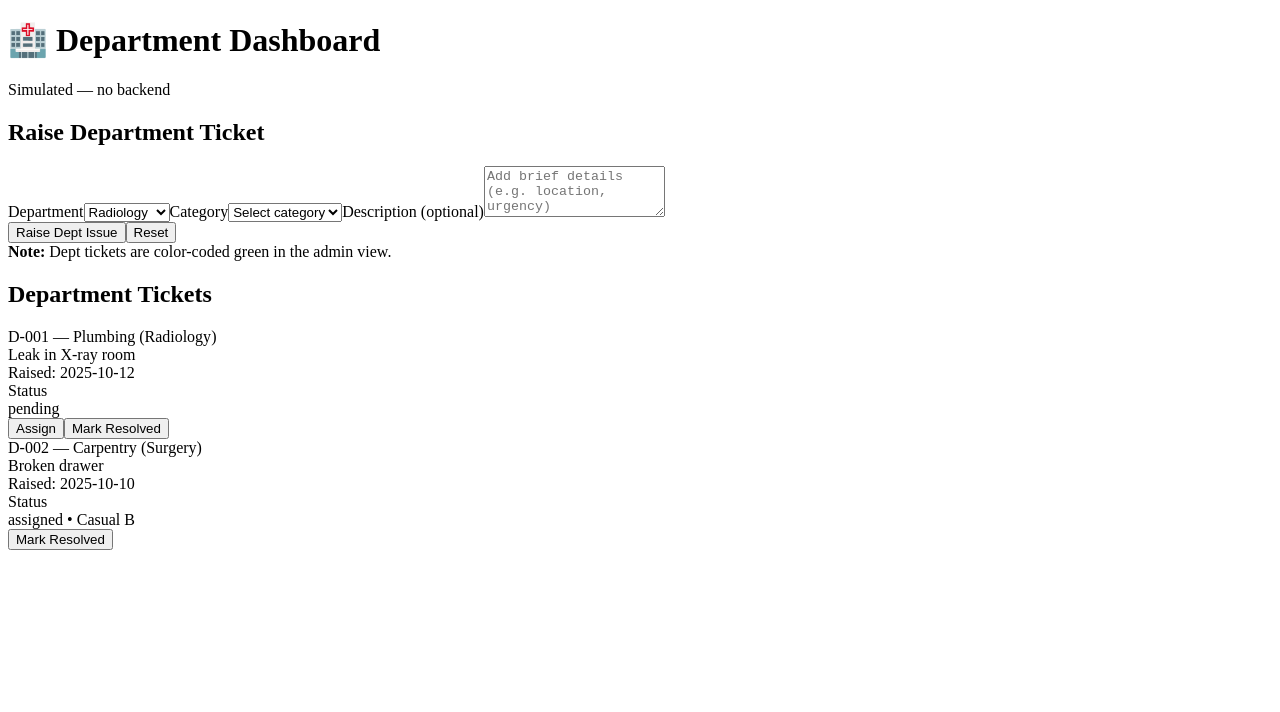
Repository: Ndegwa2/Kenyatta
Page: /department (app in hospital-system/frontend/)
The author's editor kept a copy of each file at every save. The page is drawn from the files as they stood at one save, then again after the next save.
The browser window is 1280 px wide. The pictures show the whole page.
The project was rebuilt for these pictures with package versions that can differ from the ones it lists, and the page was loaded fresh each time. Also part of the build but not shown: hospital-system/frontend/src/pages/Login.jsx, hospital-system/frontend/src/components/Navbar.jsx, hospital-system/frontend/src/components/TicketCard.jsx, hospital-system/frontend/src/pages/PatientDashboard.jsx, hospital-system/frontend/src/pages/AdminDashboard.jsx, hospital-system/frontend/src/pages/CasualDashboard.jsx.

Above is the page before, as saved 2025-10-12 22:43:35.

After the next save:
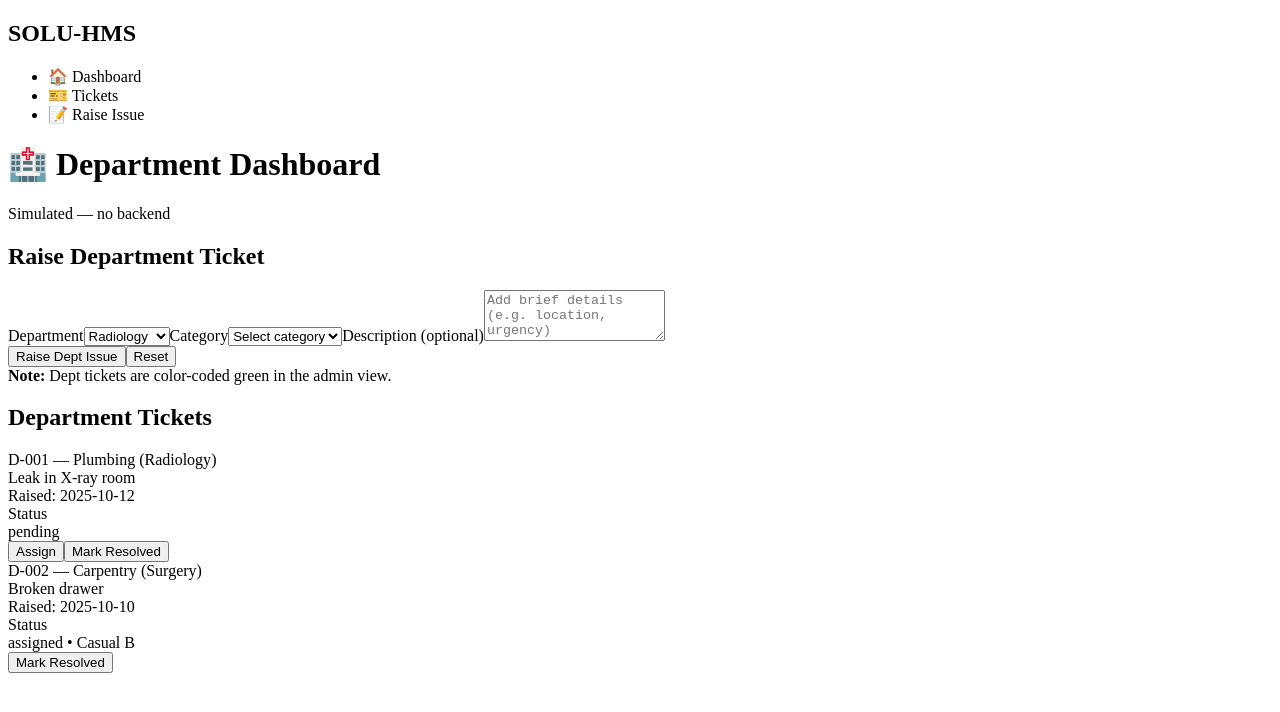
Saved 26 s later.
--- a/hospital-system/frontend/src/pages/DepartmentDashboard.jsx
+++ b/hospital-system/frontend/src/pages/DepartmentDashboard.jsx
@@ -2,6 +2,7 @@
 // Save as: src/pages/DepartmentDashboard.jsx
 
 import React, { useState } from "react";
+import Sidebar from '../components/Sidebar';
 
 /*
   This is a frontend-only simulation for the Department Dashboard.
@@ -48,8 +49,9 @@ export default function DepartmentDashboard() {
   }
 
   return (
-    <div className="min-h-screen p-6 bg-gray-50">
-      <div className="max-w-5xl mx-auto">
+    <div className="flex min-h-screen bg-gray-50">
+      <Sidebar role="department" />
+      <div className="flex-1 p-6">
         <header className="flex items-center justify-between mb-6">
           <h1 className="text-2xl font-bold text-gray-800">🏥 Department Dashboard</h1>
           <div className="text-sm text-gray-600">Simulated — no backend</div>
